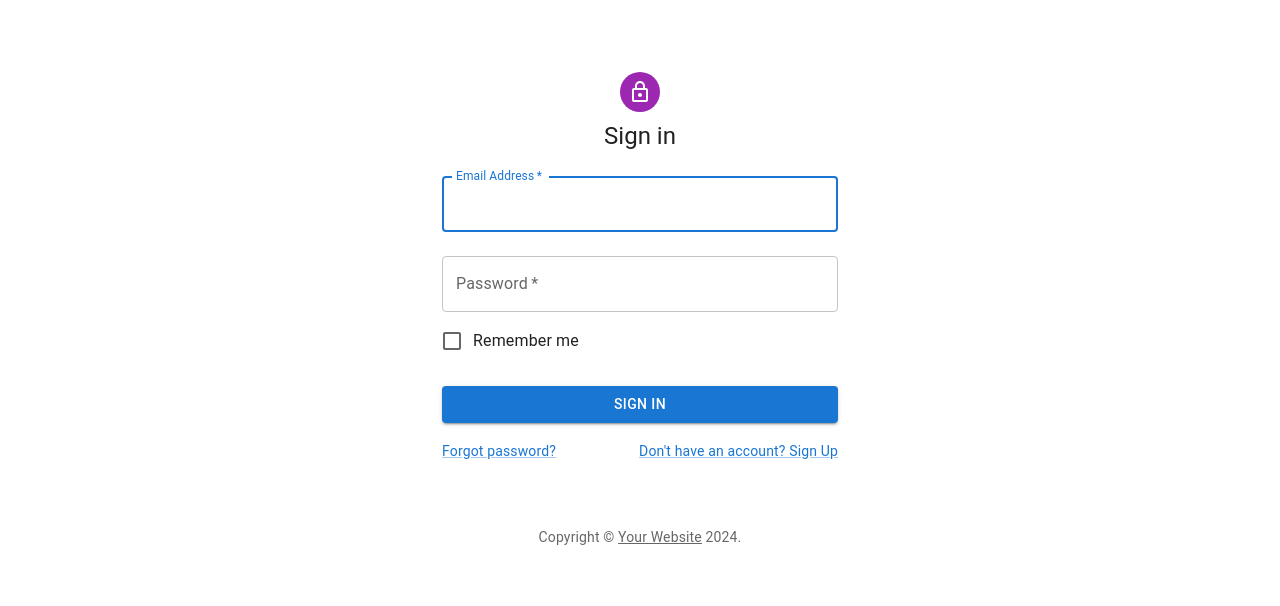
Repository: Milith97/Book-Borrowing-System
Page: /
An editor plug-in stored every save of this project. The page is shown before and after the next save, followed by the edit.
The browser window is 1280 px wide. The pictures show the whole page.
The project was rebuilt for these pictures with package versions that can differ from the ones it lists, and the page was loaded fresh each time. Also part of the build but not shown: vite.config.js, src/Componnts/SignUp.jsx, src/index.css.

Above is the page before, as saved 2024-03-25 12:35:06.

### src/App.jsx
import React from 'react';
import { BrowserRouter as Router, Route, Routes, Navigate } from 'react-router-dom';
import SignIn from './Componnts/SignIn';
import SignUp from './Componnts/SignUp';

function App() {
  return (
    <Router>
      <Routes>
        <Route path="/" element={<Navigate replace to="/signin" />} />
        <Route path="/signin" element={<SignIn />} />
        <Route path="/signup" element={<SignUp />} />
        {/* Redirects any other path to /signin */}
        <Route path="*" element={<Navigate replace to="/signin" />} />
      </Routes>
    </Router>
  );
}

export default App;

### src/Componnts/SignIn.jsx
import * as React from 'react';
import Avatar from '@mui/material/Avatar';
import Button from '@mui/material/Button';
import CssBaseline from '@mui/material/CssBaseline';
import TextField from '@mui/material/TextField';
import FormControlLabel from '@mui/material/FormControlLabel';
import Checkbox from '@mui/material/Checkbox';
import Link from '@mui/material/Link';
import Grid from '@mui/material/Grid';
import Box from '@mui/material/Box';
import LockOutlinedIcon from '@mui/icons-material/LockOutlined';
import Typography from '@mui/material/Typography';
import Container from '@mui/material/Container';
import { Link as RouterLink } from 'react-router-dom';
import { createTheme, ThemeProvider } from '@mui/material/styles';

function Copyright(props) {
  return (
    <Typography variant="body2" color="text.secondary" align="center" {...props}>
      {'Copyright © '}
      <Link color="inherit" href="https://mui.com/">
        Your Website
      </Link>{' '}
      {new Date().getFullYear()}
      {'.'}
    </Typography>
  );
}

// TODO remove, this demo shouldn't need to reset the theme.

const defaultTheme = createTheme();

export default function SignIn() {
  const handleSubmit = (event) => {
    event.preventDefault();
    const data = new FormData(event.currentTarget);
    console.log({
      email: data.get('email'),
      password: data.get('password'),
    });
  };

  return (
    <ThemeProvider theme={defaultTheme}>
      <Container component="main" maxWidth="xs">
        <CssBaseline />
        <Box
          sx={{
            marginTop: 8,
            display: 'flex',
            flexDirection: 'column',
            alignItems: 'center',
          }}
        >
          <Avatar sx={{ m: 1, bgcolor: 'secondary.main' }}>
            <LockOutlinedIcon />
          </Avatar>
          <Typography component="h1" variant="h5">
            Sign in
          </Typography>
          <Box component="form" onSubmit={handleSubmit} noValidate sx={{ mt: 1 }}>
            <TextField
              margin="normal"
              required
              fullWidth
              id="email"
              label="Email Address"
              name="email"
              autoComplete="email"
              autoFocus
            />
            <TextField
              margin="normal"
              required
              fullWidth
              name="password"
              label="Password"
              type="password"
              id="password"
              autoComplete="current-password"
            />
            <FormControlLabel
              control={<Checkbox value="remember" color="primary" />}
              label="Remember me"
            />
            <Button
              type="submit"
              fullWidth
              variant="contained"
              sx={{ mt: 3, mb: 2 }}
            >
              Sign In
            </Button>
            <Grid container>
              <Grid item xs>
                <Link href="#" variant="body2">
                  Forgot password?
                </Link>
              </Grid>
              <Grid item>
                <Link component={RouterLink} to="/signup" variant="body2">
                  {"Don't have an account? Sign Up"}
                </Link>
              </Grid>
            </Grid>
          </Box>
        </Box>
        <Copyright sx={{ mt: 8, mb: 4 }} />
      </Container>
    </ThemeProvider>
  );
}

Loaded but not shown: index.html (common file); src/main.jsx (common file)

After the next save:
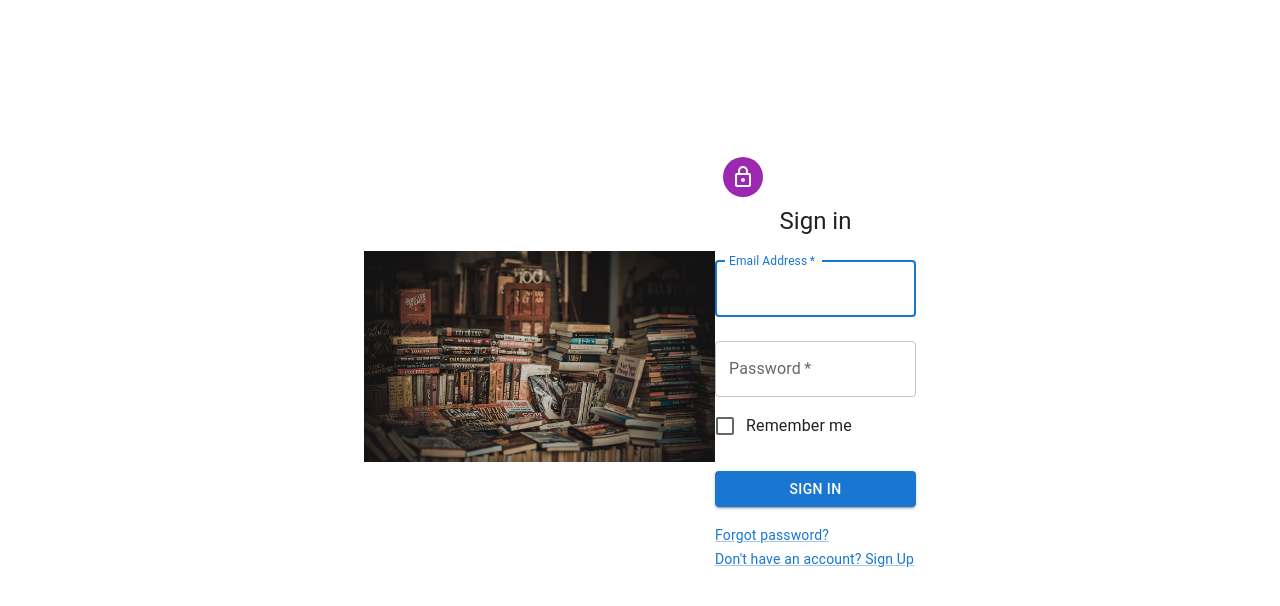
Saved 8 min 43 s later.
--- a/src/Componnts/SignIn.jsx
+++ b/src/Componnts/SignIn.jsx
@@ -1,4 +1,5 @@
-import * as React from 'react';
+import React from 'react';
+import { Link as RouterLink } from 'react-router-dom';
 import Avatar from '@mui/material/Avatar';
 import Button from '@mui/material/Button';
 import CssBaseline from '@mui/material/CssBaseline';
@@ -11,102 +12,77 @@ import Box from '@mui/material/Box';
 import LockOutlinedIcon from '@mui/icons-material/LockOutlined';
 import Typography from '@mui/material/Typography';
 import Container from '@mui/material/Container';
-import { Link as RouterLink } from 'react-router-dom';
 import { createTheme, ThemeProvider } from '@mui/material/styles';
 
-function Copyright(props) {
-  return (
-    <Typography variant="body2" color="text.secondary" align="center" {...props}>
-      {'Copyright © '}
-      <Link color="inherit" href="https://mui.com/">
-        Your Website
-      </Link>{' '}
-      {new Date().getFullYear()}
-      {'.'}
-    </Typography>
-  );
-}
-
-// TODO remove, this demo shouldn't need to reset the theme.
+// Import your image
+import signInImage from '../assets/img/signin.jpg';
 
 const defaultTheme = createTheme();
 
 export default function SignIn() {
-  const handleSubmit = (event) => {
-    event.preventDefault();
-    const data = new FormData(event.currentTarget);
-    console.log({
-      email: data.get('email'),
-      password: data.get('password'),
-    });
-  };
-
   return (
     <ThemeProvider theme={defaultTheme}>
-      <Container component="main" maxWidth="xs">
+      <Container component="main" maxWidth="sm">
         <CssBaseline />
-        <Box
-          sx={{
-            marginTop: 8,
-            display: 'flex',
-            flexDirection: 'column',
-            alignItems: 'center',
-          }}
-        >
-          <Avatar sx={{ m: 1, bgcolor: 'secondary.main' }}>
-            <LockOutlinedIcon />
-          </Avatar>
-          <Typography component="h1" variant="h5">
-            Sign in
-          </Typography>
-          <Box component="form" onSubmit={handleSubmit} noValidate sx={{ mt: 1 }}>
-            <TextField
-              margin="normal"
-              required
-              fullWidth
-              id="email"
-              label="Email Address"
-              name="email"
-              autoComplete="email"
-              autoFocus
-            />
-            <TextField
-              margin="normal"
-              required
-              fullWidth
-              name="password"
-              label="Password"
-              type="password"
-              id="password"
-              autoComplete="current-password"
-            />
-            <FormControlLabel
-              control={<Checkbox value="remember" color="primary" />}
-              label="Remember me"
-            />
-            <Button
-              type="submit"
-              fullWidth
-              variant="contained"
-              sx={{ mt: 3, mb: 2 }}
-            >
-              Sign In
-            </Button>
-            <Grid container>
-              <Grid item xs>
-                <Link href="#" variant="body2">
-                  Forgot password?
-                </Link>
+        <Box sx={{ display: 'flex', alignItems: 'center', height: '100vh' }}>
+          <Box sx={{ flexGrow: 1 }}>
+            <img src={signInImage} alt="Sign In" style={{ maxWidth: '100%', height: 'auto' }} />
+          </Box>
+          <Box sx={{ flexGrow: 1, display: 'flex', flexDirection: 'column', justifyContent: 'center' }}>
+            <Avatar sx={{ m: 1, bgcolor: 'secondary.main' }}>
+              <LockOutlinedIcon />
+            </Avatar>
+            <Typography component="h1" variant="h5" align="center">
+              Sign in
+            </Typography>
+            <Box component="form" noValidate sx={{ mt: 1 }}>
+              <TextField
+                margin="normal"
+                required
+                fullWidth
+                id="email"
+                label="Email Address"
+                name="email"
+                autoComplete="email"
+                autoFocus
+              />
+              <TextField
+                margin="normal"
+                required
+                fullWidth
+                name="password"
+                label="Password"
+                type="password"
+                id="password"
+                autoComplete="current-password"
+              />
+              <FormControlLabel
+                control={<Checkbox value="remember" color="primary" />}
+                label="Remember me"
+              />
+              <Button
+                type="submit"
+                fullWidth
+                variant="contained"
+                sx={{ mt: 3, mb: 2 }}
+              >
+                Sign In
+              </Button>
+              <Grid container>
+                <Grid item xs>
+                  <Link component={RouterLink} to="#" variant="body2">
+                    Forgot password?
+                  </Link>
+                </Grid>
+                <Grid item>
+                  <Link component={RouterLink} to="/signup" variant="body2">
+                    {"Don't have an account? Sign Up"}
+                  </Link>
+                </Grid>
               </Grid>
-              <Grid item>
-                <Link component={RouterLink} to="/signup" variant="body2">
-                  {"Don't have an account? Sign Up"}
-                </Link>
-              </Grid>
-            </Grid>
+            </Box>
           </Box>
         </Box>
-        <Copyright sx={{ mt: 8, mb: 4 }} />
       </Container>
     </ThemeProvider>
   );
